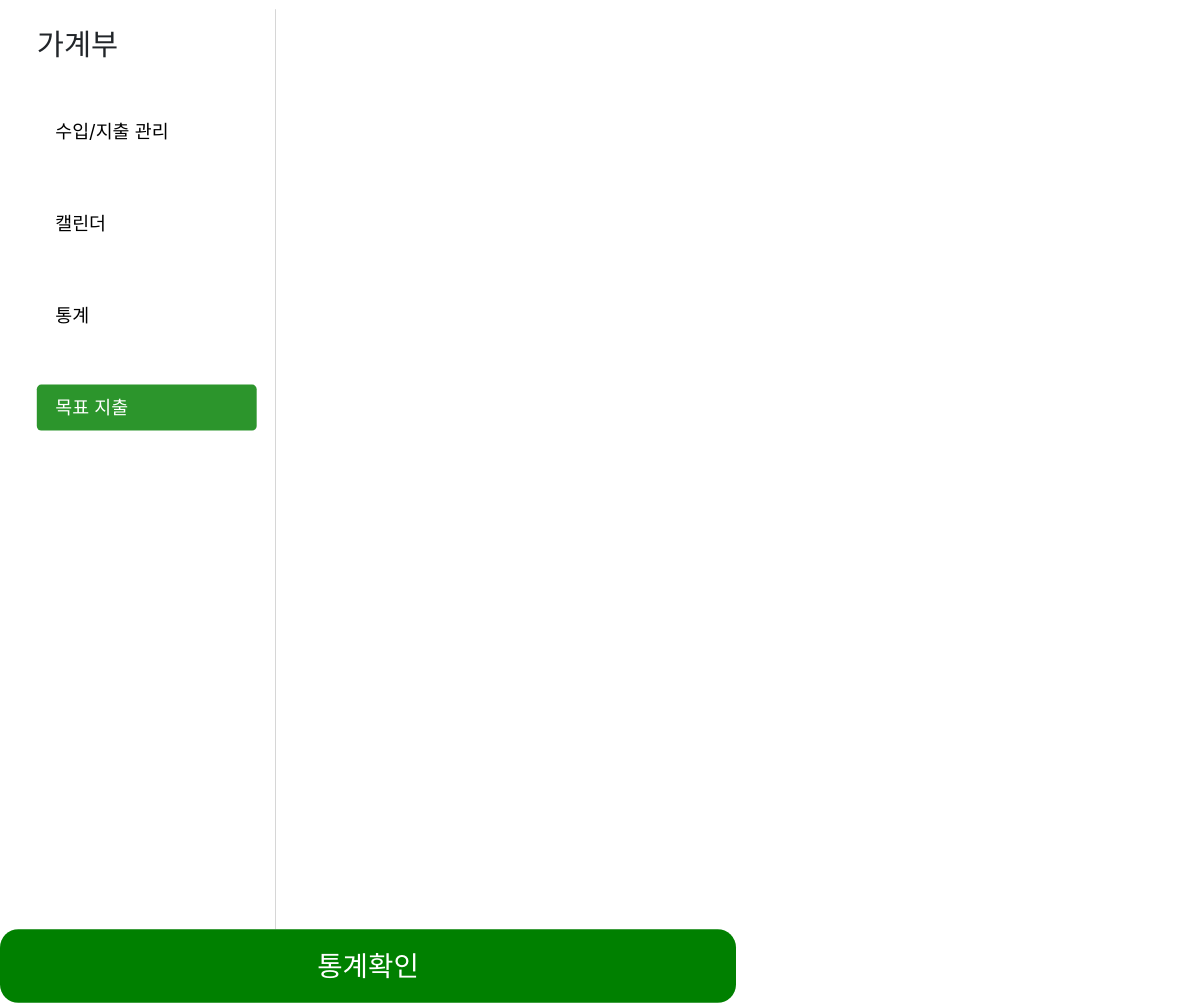
Repository: Hugh-KR/AccountBook
Page: http://localhost/Account_Book/calendar.jsp
The author's editor kept a copy of each file at every save. The page is drawn from the files as they stood at one save, then again after the next save.
The browser window is 1280 px wide. The pictures show the whole page, at 92% of full size.
Some icons come from a web library that is not loaded, so they are not drawn. The page is served by Tomcat 9. Nobody is signed in. The application's start-up code is not run. Other server files are loaded and not shown.

Above is the page before, as saved 2022-12-10 12:34:00.

### Account_Book/src/main/webapp/calendar.jsp
<%@ page language="java" contentType="text/html; charset=UTF-8"
    pageEncoding="UTF-8"%>
<!DOCTYPE html>
<html>
<head>
<meta charset="UTF-8">
<title>캘린더조회</title>
<link rel="stylesheet" type="text/css" href="resources/css/out.css">
<link rel="stylesheet"
	href="https://cdn.jsdelivr.net/npm/bootstrap@4.6.2/dist/css/bootstrap.min.css">
<link rel='stylesheet'
	href='https://cdn-uicons.flaticon.com/uicons-regular-rounded/css/uicons-regular-rounded.css'>
<link rel='stylesheet'
	href='https://cdn-uicons.flaticon.com/uicons-regular-straight/css/uicons-regular-straight.css'>
<script
	src="https://ajax.googleapis.com/ajax/libs/jquery/3.6.1/jquery.min.js"></script>
<script type="text/javascript">
	/* 	date = new Date();
	 month = date.getMonth() + 1;

	 $(document).ready(function(){
	 $('#month').attr("value", ${mm});
	 });
 */
	/* 메뉴 클릭 시 이벤트 -> 해당 메뉴에 대한 content 출력 */
	 $(function() {
	        $(".tab-content").eq(0).show(0); // 첫번째 tab 보여줌
	        $(".tab-ul li").click(function() { // li 클릭하면
	            var idx = $(this).index(); // tab-ul li 중 클릭한 것이 몇 번째인지 확인
	            $(".tab-content").hide(); // tab-content 숨김
	            $(".tab-content").eq(idx).show(); // 클릭한 것에 해당하는 tab-content 보여줌
	            $(".tab-ul li").removeClass("active"); // active 클래스 지워줌
	            $(this).addClass("active"); // 클릭한 것에 active 클래스 추가
	            if(idx == 0){  // 누른 버튼이 수입/지출 관리이면
	                location.href="account.jsp";
	            } else if(idx == 1){  // 누른 버튼이 캘린더이면
	                location.href="calendar.jsp"; // 캘린더 페이지 호출할 Controller 주소 입력!
	            } else if(idx == 2){ // 누른 버튼이 통계이면
	                location.href=""; // 통계 페이지 호출할 Controller 주소 입력!
	            } else{ // 누른 버튼이 목표지출이면
	                location.href="intro.jsp";  // 목표지출 페이지 호출할 Controller 주소 입력!
	            }
	        });
	    });
</script>
</head>
<body>
<div class="total">
<div class="menu">
			<h2 style="margin-left: 30px; margin-top: 20px;">
				<i class="fi fi-rr-money-check-edit"></i>가계부
			</h2>
			<ul class="tab-ul">
				<li><a id="tab1"><i class="fi fi-rr-add"></i>수입/지출
						관리</a></li>
				<li><a id="tab2"><i class="fi fi-rs-calendar-check"></i>캘린더</a>
				</li>
				<li><a id="tab3"><i class="fi fi-rs-chart-histogram"></i>통계</a>
				</li>
				<li class="active"><a id="tab4"><i class="fi fi-rr-coins"></i>목표 지출</a></li>
			</ul>
		</div>

<!-- <div style="text-align: center; margin:0 auto;"> -->
<form action="statistics">
<button style="border: 0; background-color: green; color: white; border-radius: 20px; font-size: 30px; width: 80%; height: 80px">통계확인</button>
</form>
<!-- </div> -->
</div>
</body>
</html>

### Account_Book/src/main/webapp/resources/css/out.css
@charset "UTF-8";

/* 전체 div 스타일 */
.total {
	width: 1000px;
	margin-top: 10px;
}
.menu {
	width: 30%;
	height: 1000px;
	float: left;
	border-right: 1px solid lightgray;
}
.content {
	width: 65%;
	float: left;
	margin-left: 5%;
}
.btn-green{
	width: 200px;
	height: 45px;
	border: 1.5px solid;
	border-radius: 5px;
	border-color: #2C952C;
	outline-color: #2C952C;
	background: #2C952C;
	color: white;
	width: 240px;
}
.btn-outline-green{
	width: 200px;
	height: 45px;
	border: 1.5px solid;
	border-radius: 5px;
	border-color: #2C952C;
	outline-color: #2C952C;
	background: white;
}
.btn-outline-green:hover{
	background: #2C952C;
	color: white;
}
/* 아이콘 스타일 */
i {
	margin-right: 10px;
}
/* input, select의 class="no-line" 스타일 */
.form-control.no-line {
	border-top: 0;
	border-left: 0;
	border-right: 0;
}
.custom-select.no-line{
	border-top: 0;
	border-left: 0;
	border-right: 0;
}
/* 메뉴 탭 (class="tab-ul") 스타일 */
ul.tab-ul li {
	margin-top: 50px;
	margin-right: 20px;
	padding: 10px;
	font-size: 20px;
	color: black;
	list-style: none;
}
ul.tab-ul li a {
	color: black;
}
ul.tab-ul li.active {
	background: #2C952C;
	border-radius: 5px;
	color: white;
}
.tab-content {
	display: none;
}
/* 수입/지출 선택 탭 (class="tab-ul2") 스타일 */
ul.tab-ul2 li {
	margin-right: 20px;
	padding: 10px;
	color: black;
	list-style: none;
	border: 1.5px solid;
	border-radius: 5px;
	border-color: #2C952C;
	outline-color: #2C952C;
	background: white;
}
ul.tab-ul2 li a {
	color: black;
}
ul.tab-ul2 li.active2 {
	background: #2C952C;
	color: white;
}
.tab-content2 {
	display: none;
}

After the next save:
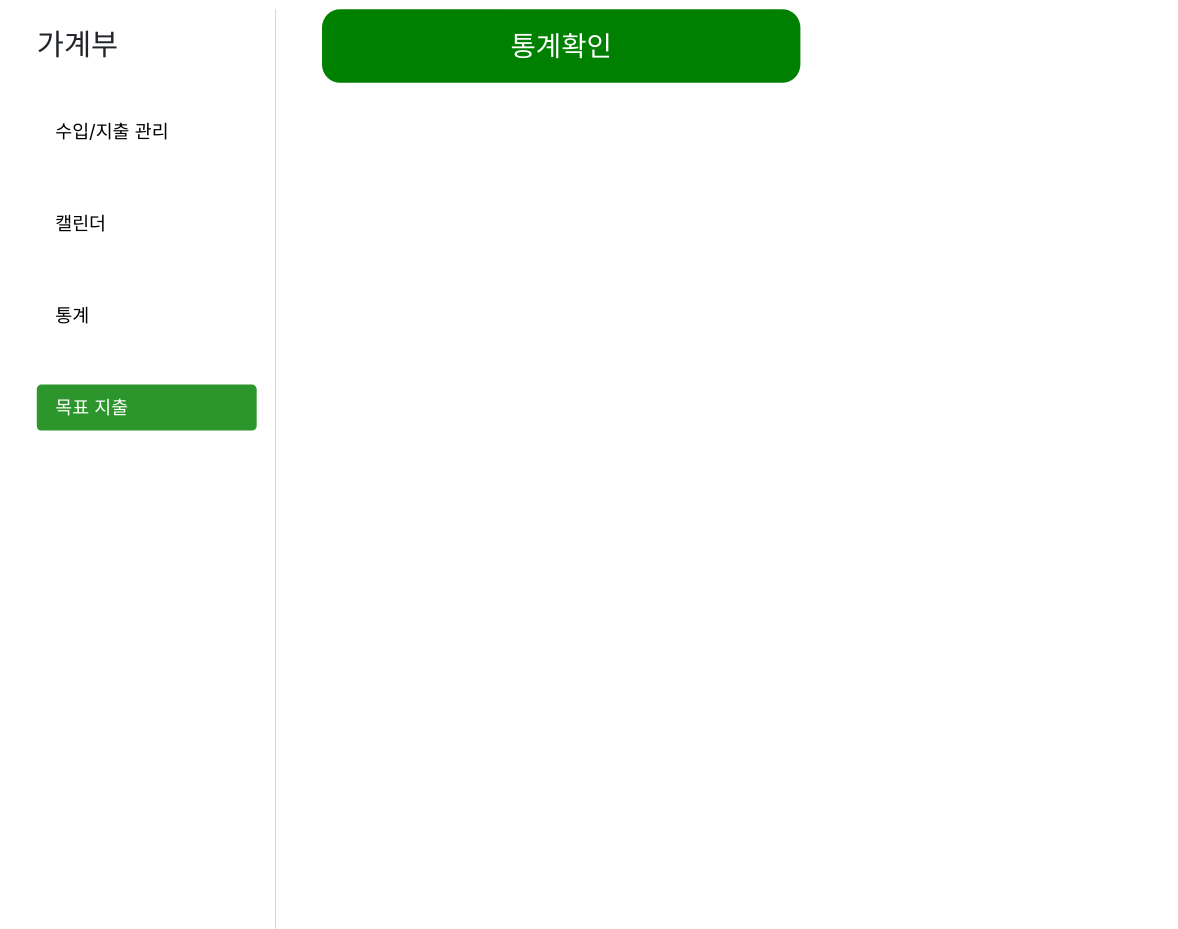
Saved 52 s later.
--- a/Account_Book/src/main/webapp/calendar.jsp
+++ b/Account_Book/src/main/webapp/calendar.jsp
@@ -60,6 +60,7 @@
 				<li class="active"><a id="tab4"><i class="fi fi-rr-coins"></i>목표 지출</a></li>
 			</ul>
 		</div>
+		<div class="content">
 
 <!-- <div style="text-align: center; margin:0 auto;"> -->
 <form action="statistics">
@@ -67,5 +68,6 @@
 </form>
 <!-- </div> -->
 </div>
+</div>
 </body>
 </html>
